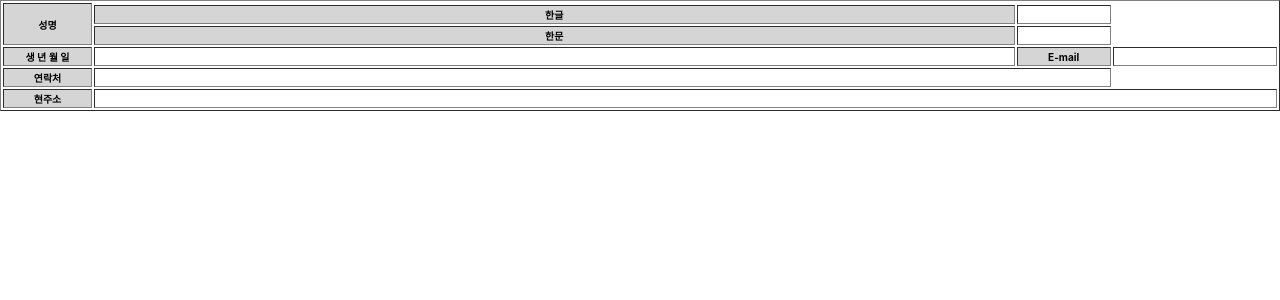
Repository: jiyeonyun/Resume
Page: / (app in resumes/)
The author's editor kept a copy of each file at every save. The page is drawn from the files as they stood at one save, then again after the next save.
The browser window is 1280 px wide. The pictures show the whole page.
The project was rebuilt for these pictures with package versions that can differ from the ones it lists, and the page was loaded fresh each time. Also part of the build but not shown: resumes/src/data/edudata.js, resumes/src/components/educationalHIstory/educational.jsx, resumes/src/components/footer/footer.jsx.

Above is the page before, as saved 2022-05-25 15:33:37.

### resumes/src/App.jsx
import { useState } from "react";
import styles from "./App.module.css";
import Educational from "./components/educationalHIstory/educational";
import Footer from "./components/footer/footer";
import PersonalInfo from "./components/personalInfo/personalInfo";
function App() {
  const [personalInfoData, setPersonalInfoData] = useState({
    name: "홍길동",
    birth: "1998-03-18",
    adress: "서울특별시 영등포구",
    email: "jyyun@zentropy.com",
    number: "010-2055-7663",
  });
  return (
    <div className="App">
      <PersonalInfo />
    </div>
  );
}

export default App;

### resumes/src/App.module.css
* {
  font-size: 10px;
}
table {
  width: 100%;
}

### resumes/src/components/personalInfo/personalInfo.jsx
import React from "react";

const PersonalInfo = ({ personalInfoData }) => {
  return (
    <table border="1">
      <tr>
        <th rowSpan="3" width="85" height="30" bgcolor="D5D5D5">
          성명
        </th>
      </tr>
      <tr>
        <th bgcolor="D5D5D5">한글</th>
        <td width="90"></td>
      </tr>
      <tr>
        <th bgcolor="D5D5D5">한문</th>
        <td colSpan="2"></td>
      </tr>
      <tr>
        <th bgcolor="D5D5D5">생 년 월 일</th>
        <td></td>
        <th colSpan="2" width="80" bgcolor="D5D5D5">
          E-mail
        </th>
        <td></td>
      </tr>
      <tr>
        <th bgcolor="D5D5D5">연락처</th>
        <td colSpan="2"></td>
      </tr>
      <tr>
        <th bgcolor="D5D5D5">현주소</th>
        <td colSpan="8"></td>
      </tr>
    </table>
  );
};

export default PersonalInfo;

Loaded but not shown: resumes/public/index.html (common file); resumes/src/index.js (common file); resumes/src/index.css (common file); resumes/src/reportWebVitals.js (common file)

After the next save:
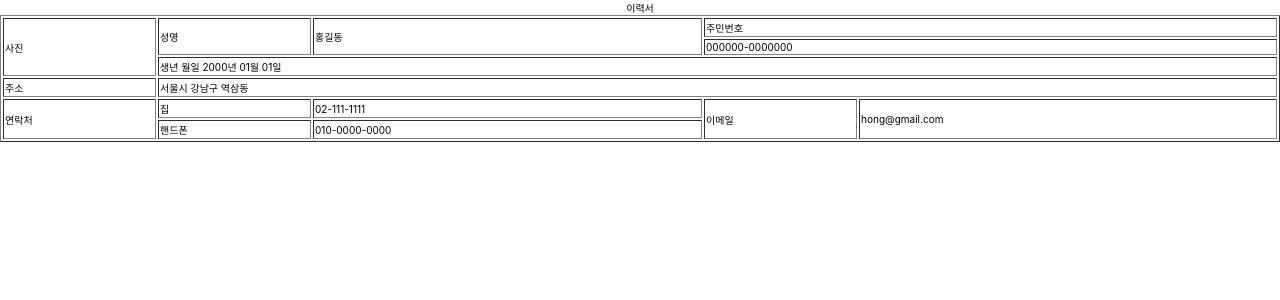
Saved 83 s later.
--- a/resumes/src/components/personalInfo/personalInfo.jsx
+++ b/resumes/src/components/personalInfo/personalInfo.jsx
@@ -3,34 +3,33 @@ import React from "react";
 const PersonalInfo = ({ personalInfoData }) => {
   return (
     <table border="1">
+      <caption>이력서</caption>
       <tr>
-        <th rowSpan="3" width="85" height="30" bgcolor="D5D5D5">
-          성명
-        </th>
+        <td rowspan="3">사진</td>
+        <td rowspan="2">성명</td>
+        <td rowspan="2">홍길동</td>
+        <td colspan="2">주민번호</td>
       </tr>
       <tr>
-        <th bgcolor="D5D5D5">한글</th>
-        <td width="90"></td>
+        <td colspan="4">000000-0000000</td>
       </tr>
       <tr>
-        <th bgcolor="D5D5D5">한문</th>
-        <td colSpan="2"></td>
+        <td colspan="4">생년 월일 2000년 01월 01일</td>
       </tr>
       <tr>
-        <th bgcolor="D5D5D5">생 년 월 일</th>
-        <td></td>
-        <th colSpan="2" width="80" bgcolor="D5D5D5">
-          E-mail
-        </th>
-        <td></td>
+        <td>주소</td>
+        <td colspan="4">서울시 강남구 역삼동</td>
       </tr>
       <tr>
-        <th bgcolor="D5D5D5">연락처</th>
-        <td colSpan="2"></td>
+        <td rowspan="2">연락처</td>
+        <td>집</td>
+        <td>02-111-1111</td>
+        <td rowspan="2">이메일</td>
+        <td rowspan="2">hong@gmail.com</td>
       </tr>
       <tr>
-        <th bgcolor="D5D5D5">현주소</th>
-        <td colSpan="8"></td>
+        <td>핸드폰</td>
+        <td>010-0000-0000</td>
       </tr>
     </table>
   );
